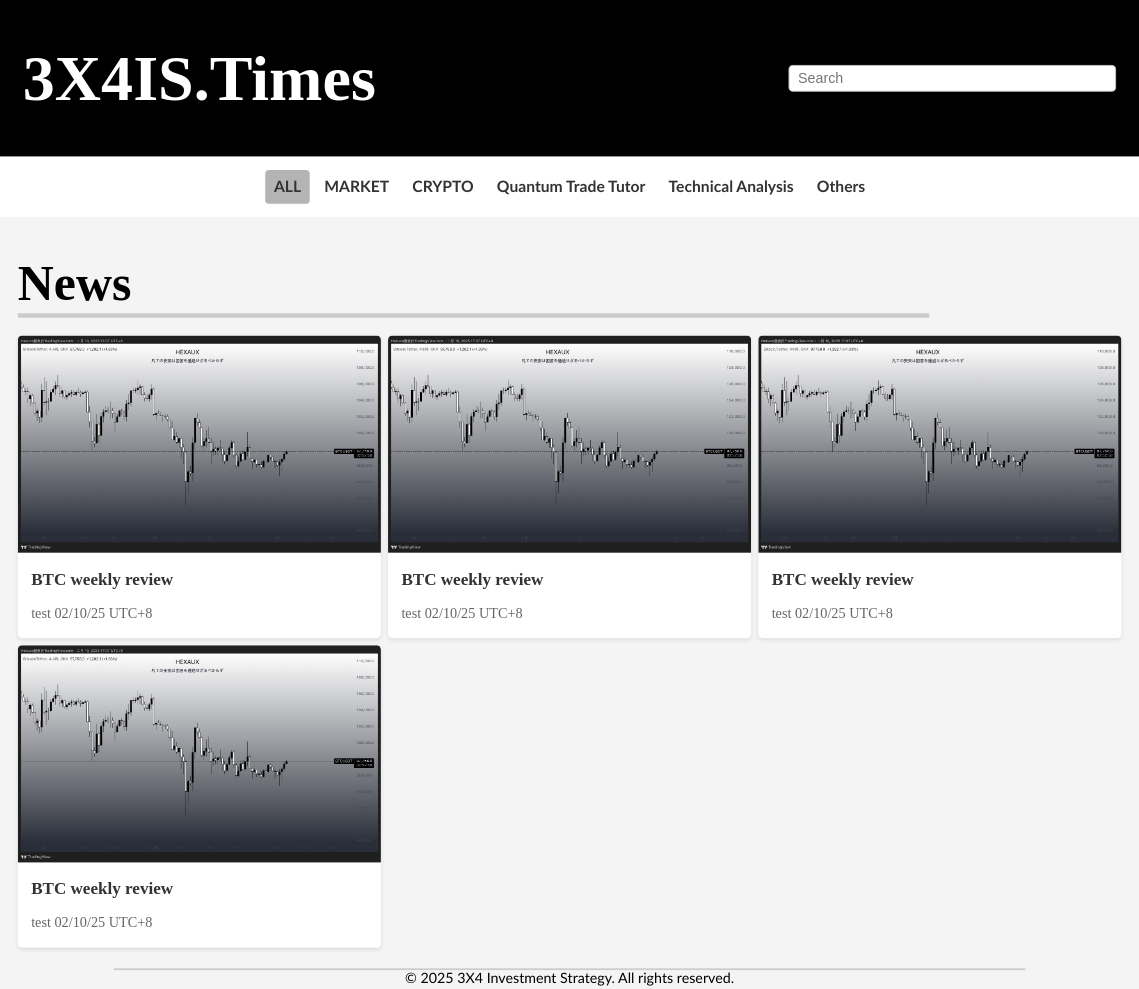
Repository: SongSongLook/songsonglook.github.io
Page: index.html
These files come from the project's save history. The page is drawn as it stood at one moment and after the next save; the edit follows.
The browser window is 1280 px wide. The pictures show the whole page, at 89% of full size.

Above is the page before, as saved 2025-02-13 22:48:20.

### index.html
<!DOCTYPE html>
<html lang="zh">
<head>
  <meta charset="UTF-8">
  <meta name="viewport" content="width=device-width, initial-scale=1.0">
  <title>Homepage</title>
  <link rel="stylesheet" href="css/style.css">
  <link rel="stylesheet" href="css/news.css">
</head>
<body>
  <header>
    <!-- First column：logo and search container -->
    <div class="header-top">
      <a href="index.html" class="logo">3X4IS.Times</a>
      <div class="search-container">
        <input type="text" id="search-input" placeholder="Search">
      </div>
      <div class="mobile-menu" id="mobile-menu">
        <span></span>
        <span></span>
        <span></span>
      </div>
    </div>

    <!-- Second column: nav list -->
    <nav>
      <ul class="nav-list">
        <li data-category="all" class="active">ALL</li>
        <li data-category="market">MARKET</li>
        <li data-category="crypto">CRYPTO</li>
        <li data-category="QTT">Quantum Trade Tutor</li>
        <li data-category="TA">Technical Analysis</li>
        <li data-category="etc">Others</li>
      </ul>
    </nav>
  </header>

  <div class="carousel-container">
    <div class="carousel">
      <!-- 輪播項目將由 script.js 動態生成 -->
    </div>
    <button class="carousel-prev">&lt;</button>
    <button class="carousel-next">&gt;</button>
  </div>

  <div class="logo-2">News</div>
  <hr class="custom-divider">

  <main>
    <section class="news-container" id="news-container">
      <!-- news card dynamically filled by script.js -->
    </section>
  </main>

  <hr class="custom-divider-2">
  <footer>
    <p>&copy; 2025 3X4 Investment Strategy. All rights reserved.</p>
  </footer>

  <script src="js/newsData.js"></script>
  <script src="js/script.js"></script>
</body>
</html>

### css/style.css
/* Reset 與基本設定 */
* {
    box-sizing: border-box;
    margin: 0;
    padding: 0;
  }

  html, body {
    height: 100%;
    margin: 0;
  }

  main {
    flex: 1;
  }

  body {
    display: flex;
    flex-direction: column;
    font-family: serif, sans-serif;
    line-height: 1.6;
    background-color: #f4f4f4;
    color: #333;
  }

  footer {
    font-family:'Gill Sans', 'Gill Sans MT', Calibri, 'Trebuchet MS', sans-serif;
    color: #000000;
    padding: 0px 0px 5px;
    font-size: 1.0rem;
    text-align: center;
    line-height: 1.0rem;
  }

/*---------------------------------------------------*/

/* header-top */
.header-top {
  display: flex;
  justify-content: space-between;
  align-items: center;
  padding: 5% 2%;  /* 根據需求調整內邊距 */
  background-color: #000000; /* 若希望背景一致，可設定相同背景色 */
  line-height: 300%;
}

a.logo {
  text-decoration: none;
  font-family: 'Times New Roman', Times, serif;
  color: #ffffff;  /* 根據需求調整顏色 */
  font-size: 4.5rem;
  font-weight: bold;
}

.logo-2 {
  text-decoration: none;
  font-family: 'Times New Roman', Times, serif;
  color: #000000;  /* 根據需求調整顏色 */
  padding: 1% 20px;
  font-size: 3.5rem;
  font-weight: bold;
  line-height: 75%;
}

.search-container {
  width: 30%;
  margin: 0;
}

#search-input {
  width: 100%;
  padding: 5px 10px;
  font-size: 1rem;
  border: 1px solid #ccc;
  border-radius: 5px;
}

.search-results {
  display: grid;
  grid-template-columns: repeat(3, 1fr);
  gap: 20px;
  padding: 20px;
}

/*---------------------------------------------------*/

/* nav  */
nav {
  background-color: #ffffff; /* 可根據設計調整 */
  padding: 5px 20px;
  font-family:'Gill Sans', 'Gill Sans MT', Calibri, 'Trebuchet MS', sans-serif
}

/* 導覽列樣式 */
.nav-list {
  list-style: none;
  display: flex;
  justify-content: center; /* 或依需求對齊 */
  margin: 0;
  padding: 0;
  font-weight: bold;
  font-size: 1.1rem;
}

.nav-list li {
  margin: 10px 3px;
  padding: 5px 10px;
  cursor: pointer;
  transition: background 0.2s;
}

.nav-list li:hover,
.nav-list li.active {
  background: #b4b4b4;
  border-radius: 10%;
}

/* 手機選單樣式 */
.mobile-menu {
  display: none; /* 根據響應式設計調整 */
  flex-direction: column;
  cursor: pointer;
}

.mobile-menu span {
  height: 3px;
  width: 25px;
  background: #ffffff;
  margin: 5px 0;
  transition: 0.3s;
}

/*---------------------------------------------------*/

.custom-divider {
  border: none;                /* 先移除預設邊框 */
  border-top: 5px solid #ccc;   /* 設定上邊框作為分割線 */
  width: 80%;                  /* 可設定寬度 */
  margin-left: 20px;
}
.custom-divider-2 {
  border: none;                /* 先移除預設邊框 */
  border-top: 2px solid #ccc;   /* 設定上邊框作為分割線 */
  margin: 3px 0px 0px 0px;              /* 設定上下間距 */
  width: 80%;                  /* 可設定寬度 */
  margin-left: auto;           /* 置中對齊 */
  margin-right: auto;
}

/*---------------------------------------------------*/

/* 響應式調整：如在較窄視窗中，調整 header-top 與 nav-list 的顯示 */
@media (max-width: 668px) {
  .header-top {
    flex-direction: column;
    align-items: center;
  }
  .search-container {
    width: 80%;
    margin-top: 10px; /* 與 logo 分隔一點 */
  }
  #search-input {
    font-size: 0.9rem;  /* 可根據需求調整 */
  }
  .nav-list {
    display: none;
    flex-direction: column;
    background: #acacac;
    font-weight: bold;
    position: absolute;
    top: 120px;
    right: 20px;
    width: 150px;
    border-radius: 5px;
  }
  .nav-list.active {
    display: flex;
  }
  .mobile-menu {
    display: flex;
  }
  .news-container {
    grid-template-columns: repeat(1, 1fr);
  }
}

### css/news.css
/* 新聞卡片區：3 欄排列 */
.news-container {
  display: grid;
  grid-template-columns: repeat(3, 1fr);
  gap: 8px;
  padding: 20px;
}

/* News Card 樣式 */
.news-card {
  background: #fff;
  border-radius: 5px;
  overflow: hidden;
  box-shadow: 0 2px 5px rgba(0,0,0,0.1);
  transition: transform 0.3s;
  cursor: pointer;
}

.news-card:hover {
  transform: translateY(-5px);
}

.news-card img {
  width: 100%;
  display: block;
}

.news-content {
  padding: 15px;
}

.news-content h3 {
  margin-bottom: 10px;
  font-size: 1.2rem;
}

.news-content p {
  color: #666;
}

/* Carousel 輪播區 */
.carousel-container {
  position: relative;
  overflow: hidden;
  margin: 20px auto;
  max-width: 1200px;
}

.carousel {
  display: flex;
  transition: transform 0.5s ease;
}

.carousel-item {
  background-color: rgb(214, 214, 214);
  min-width: 100%;
  box-sizing: border-box;
  padding: 10px;
}

.carousel-item img {
  width: 100%;
  border-radius: 5px;
}

/* 輪播箭頭 */
.carousel-prev, .carousel-next {
  position: absolute;
  top: 50%;
  transform: translateY(-50%);
  background: rgba(0,0,0,0.5);
  color: #fff;
  border: none;
  padding: 10px;
  cursor: pointer;
  z-index: 10;
}

.carousel-prev {
  left: 10px;
}

.carousel-next {
  right: 10px;
}

### js/newsData.js
//data-category:
//--market
//--crypto
//--forex
//--TA
//--etc
const newsData = [
    {
      id: 1,
      title: "BTC weekly review",
      category: "crypto",
      description: "test 02/10/25 UTC+8",
      image: "images/IMG_2458.PNG",
      fullContent:  `
      <p>完整的政治新聞內容：詳細描述政治事件、背景與可能的影響，讓讀者獲得更深入的了解。</p>
      <p>在這裡你可以插入圖片：</p>
      <img src="https://via.placeholder.com/600x400?text=內文圖片" alt="內文圖片">
      <p>圖片說明：這是一張示意圖。也可以使用 <strong>加粗文字</strong> 來強調重點。</p>
    `,
    tags: ["btc", "analysis"]
    },
    {
      id: 2,
      title: "BTC weekly review",
      category: "crypto",
      description: "test 02/10/25 UTC+8",
      image: "images/IMG_2458.PNG",
      fullContent:  `
      <p>完整的政治新聞內容：詳細描述政治事件、背景與可能的影響，讓讀者獲得更深入的了解。</p>
      <p>在這裡你可以插入圖片：</p>
      <img src="https://via.placeholder.com/600x400?text=內文圖片" alt="內文圖片">
      <p>圖片說明：這是一張示意圖。也可以使用 <strong>加粗文字</strong> 來強調重點。</p>
    `,
    tags: ["政治", "featured"]
    },
    {
      id: 3,
      title: "BTC weekly review",
      category: "crypto",
      description: "test 02/10/25 UTC+8",
      image: "images/IMG_2458.PNG",
      fullContent:  `
      <p>完整的政治新聞內容：詳細描述政治事件、背景與可能的影響，讓讀者獲得更深入的了解。</p>
      <p>在這裡你可以插入圖片：</p>
      <img src="https://via.placeholder.com/600x400?text=內文圖片" alt="內文圖片">
      <p>圖片說明：這是一張示意圖。也可以使用 <strong>加粗文字</strong> 來強調重點。</p>
    `,
    tags: ["政治", "featured"]
    },
    {
      id: 4,
      title: "BTC weekly review",
      category: "crypto",
      description: "test 02/10/25 UTC+8",
      image: "images/IMG_2458.PNG",
      fullContent:  `
      <p>完整的政治新聞內容：詳細描述政治事件、背景與可能的影響，讓讀者獲得更深入的了解。</p>
      <p>在這裡你可以插入圖片：</p>
      <img src="https://via.placeholder.com/600x400?text=內文圖片" alt="內文圖片">
      <p>圖片說明：這是一張示意圖。也可以使用 <strong>加粗文字</strong> 來強調重點。</p>
    `,
    tags: ["政治", "featured"]
    }
  ];

### js/script.js
// script.js

// 全域變數：目前分類、搜尋關鍵字及標籤過濾
let currentCategory = "all";
let searchQuery = "";
let currentTag = ""; // 當首頁以 ?tag=... 過濾文章時使用

// 取得 URL 參數的函式
function getQueryParameter(name) {
  const urlParams = new URLSearchParams(window.location.search);
  return urlParams.get(name);
}

// 根據分類、搜尋與標籤過濾並渲染新聞卡片
function renderNews(category = "all", search = "", tag = "") {
  const container = document.getElementById("news-container");
  container.innerHTML = "";

  let filteredNews = newsData;
  if (tag.trim() !== "") {
    filteredNews = filteredNews.filter(news => news.tags && news.tags.includes(tag));
  } else if (category !== "all") {
    filteredNews = filteredNews.filter(news => news.category === category);
  }

  if (search.trim() !== "") {
    filteredNews = filteredNews.filter(news =>
      news.title.toLowerCase().includes(search.toLowerCase()) ||
      news.description.toLowerCase().includes(search.toLowerCase())
    );
  }

  filteredNews.forEach(news => {
    const card = document.createElement("div");
    card.className = "news-card";
    card.innerHTML = `
      <img src="${news.image}" alt="${news.title}">
      <div class="news-content">
        <h3>${news.title}</h3>
        <p>${news.description}</p>
      </div>
    `;
    card.addEventListener("click", () => {
      window.location.href = "article.html?id=" + news.id;
    });
    container.appendChild(card);
  });
}

// 輪播功能：根據 "featured" 標籤選出文章
let currentSlide = 0;
function renderCarousel() {
  const carousel = document.querySelector(".carousel");
  const featuredNews = newsData.filter(news => news.tags && news.tags.includes("featured"));
  carousel.innerHTML = "";
  featuredNews.forEach(news => {
    const item = document.createElement("div");
    item.className = "carousel-item";
    item.innerHTML = `
      <img src="${news.image}" alt="${news.title}">
      <h3>${news.title}</h3>
    `;
    item.addEventListener("click", () => {
      window.location.href = "article.html?id=" + news.id;
      // 或依需求導向特定標籤頁面：location.href = "index.html?tag=" + encodeURIComponent("featured");
    });
    carousel.appendChild(item);
  });
}

function showSlide(index) {
  const carousel = document.querySelector(".carousel");
  const totalSlides = carousel.children.length;
  if (index >= totalSlides) {
    currentSlide = 0;
  } else if (index < 0) {
    currentSlide = totalSlides - 1;
  } else {
    currentSlide = index;
  }
  carousel.style.transform = `translateX(-${currentSlide * 100}%)`;
}

document.addEventListener("DOMContentLoaded", () => {
  // 讀取 URL 中的 tag 參數（若有，則以標籤過濾文章）
  const tagParam = getQueryParameter("tag");
  if (tagParam) {
    currentTag = tagParam;
  }

  renderNews(currentCategory, searchQuery, currentTag);
  renderCarousel();

  document.querySelectorAll(".nav-list li").forEach(li => {
    li.addEventListener("click", function() {
      document.querySelectorAll(".nav-list li").forEach(el => el.classList.remove("active"));
      this.classList.add("active");
      currentCategory = this.getAttribute("data-category");
      currentTag = ""; // 切換分類時取消標籤過濾
      renderNews(currentCategory, searchQuery, currentTag);
      const navList = document.querySelector(".nav-list");
      if (navList.classList.contains("active")) {
        navList.classList.remove("active");
      }
    });
  });

  const searchInput = document.getElementById("search-input");
  searchInput.addEventListener("input", () => {
    searchQuery = searchInput.value;
    renderNews(currentCategory, searchQuery, currentTag);
  });

  document.querySelector(".carousel-prev").addEventListener("click", () => {
    showSlide(currentSlide - 1);
  });
  document.querySelector(".carousel-next").addEventListener("click", () => {
    showSlide(currentSlide + 1);
  });

  const mobileMenu = document.getElementById("mobile-menu");
  mobileMenu.addEventListener("click", () => {
    document.querySelector(".nav-list").classList.toggle("active");
  });
  // 自動輪播設定：每3秒自動切換下一張
  setInterval(() => {
    showSlide(currentSlide + 1);
  }, 3000);  // 3000 毫秒 = 3 秒

});

After the next save:
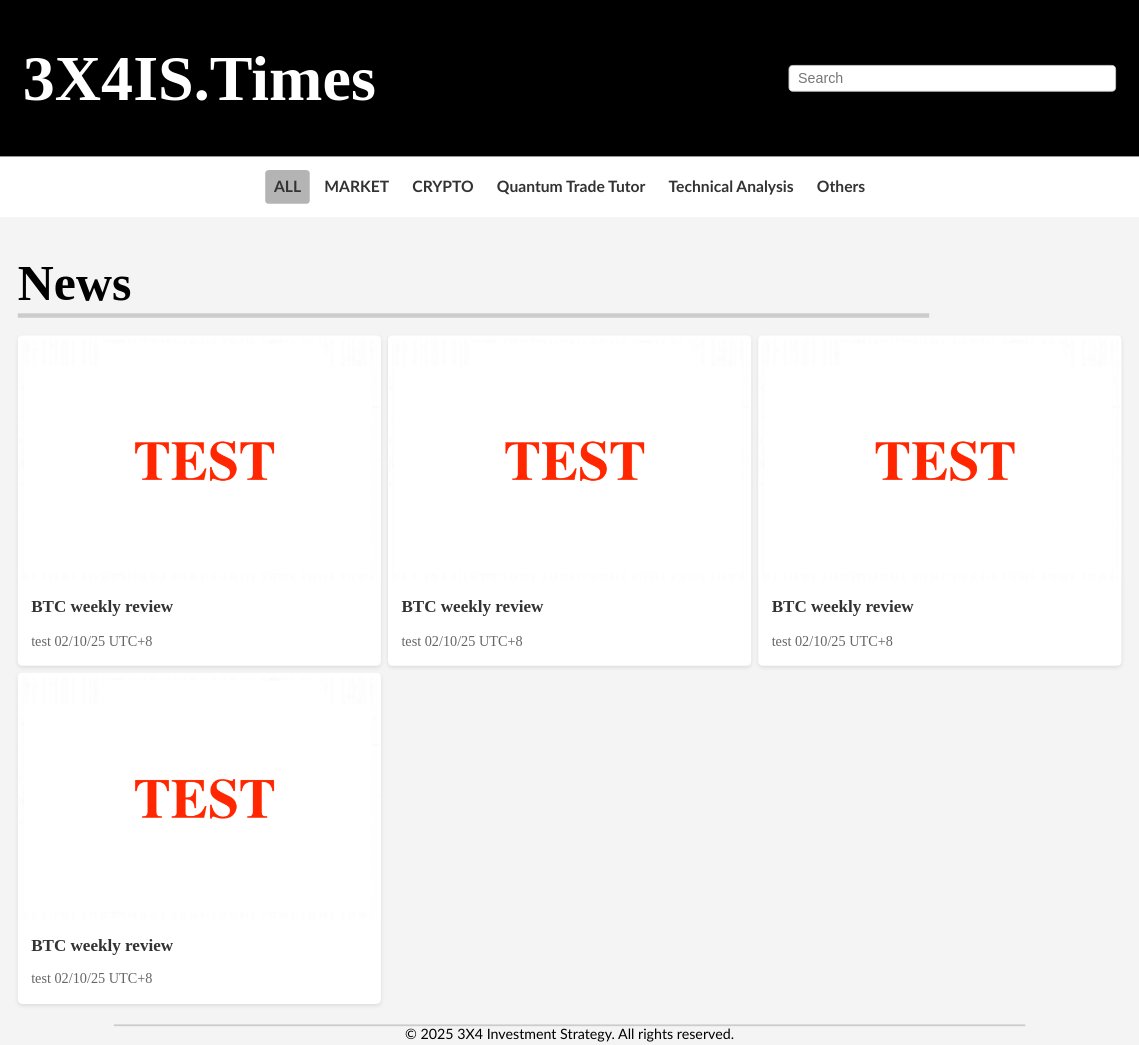
Saved 3 days later.
--- a/css/news.css
+++ b/css/news.css
@@ -40,10 +40,11 @@
 
 /* Carousel 輪播區 */
 .carousel-container {
-  position: relative;
   overflow: hidden;
   margin: 20px auto;
   max-width: 1200px;
+  position: relative;
+  z-index: 2;
 }
 
 .carousel {
@@ -61,6 +62,11 @@
 .carousel-item img {
   width: 100%;
   border-radius: 5px;
+}
+
+.carousel-item h3 {
+  font-size: 2rem;  /* 根據需要調整字體大小 */
+  margin: 10px 0;
 }
 
 /* 輪播箭頭 */
@@ -83,3 +89,9 @@
 .carousel-next {
   right: 10px;
 }
+
+@media (max-width: 668px) {
+  .carousel-item h3 {
+    font-size: 1.5rem;
+  }
+}
--- a/js/newsData.js
+++ b/js/newsData.js
@@ -10,7 +10,7 @@ const newsData = [
       title: "BTC weekly review",
       category: "crypto",
       description: "test 02/10/25 UTC+8",
-      image: "images/IMG_2458.PNG",
+      image: "images/截圖 2024-05-26 下午9.32.11.png",
       fullContent:  `
       <p>完整的政治新聞內容：詳細描述政治事件、背景與可能的影響，讓讀者獲得更深入的了解。</p>
       <p>在這裡你可以插入圖片：</p>
@@ -24,7 +24,7 @@ const newsData = [
       title: "BTC weekly review",
       category: "crypto",
       description: "test 02/10/25 UTC+8",
-      image: "images/IMG_2458.PNG",
+      image: "images/截圖 2024-05-26 下午9.32.11.png",
       fullContent:  `
       <p>完整的政治新聞內容：詳細描述政治事件、背景與可能的影響，讓讀者獲得更深入的了解。</p>
       <p>在這裡你可以插入圖片：</p>
@@ -38,7 +38,7 @@ const newsData = [
       title: "BTC weekly review",
       category: "crypto",
       description: "test 02/10/25 UTC+8",
-      image: "images/IMG_2458.PNG",
+      image: "images/截圖 2024-05-26 下午9.32.11.png",
       fullContent:  `
       <p>完整的政治新聞內容：詳細描述政治事件、背景與可能的影響，讓讀者獲得更深入的了解。</p>
       <p>在這裡你可以插入圖片：</p>
@@ -52,7 +52,7 @@ const newsData = [
       title: "BTC weekly review",
       category: "crypto",
       description: "test 02/10/25 UTC+8",
-      image: "images/IMG_2458.PNG",
+      image: "images/截圖 2024-05-26 下午9.32.11.png",
       fullContent:  `
       <p>完整的政治新聞內容：詳細描述政治事件、背景與可能的影響，讓讀者獲得更深入的了解。</p>
       <p>在這裡你可以插入圖片：</p>
--- a/js/script.js
+++ b/js/script.js
@@ -95,7 +95,7 @@ document.addEventListener("DOMContentLoaded", () => {
     li.addEventListener("click", function() {
       document.querySelectorAll(".nav-list li").forEach(el => el.classList.remove("active"));
       this.classList.add("active");
-      currentCategory = this.getAttribute("data-category");
+      currentCategory = this.getAttrbute("data-category");
       currentTag = ""; // 切換分類時取消標籤過濾
       renderNews(currentCategory, searchQuery, currentTag);
       const navList = document.querySelector(".nav-list");
